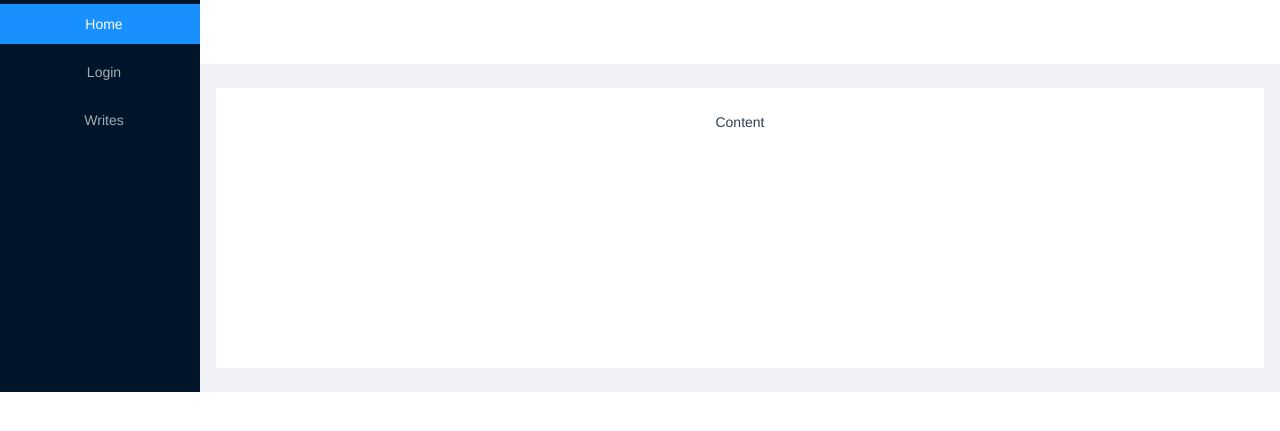
Repository: writesapp/mod
Page: /login
An editor plug-in stored every save of this project. The page is shown before and after the next save, followed by the edit.
The browser window is 1280 px wide. The pictures show the whole page.
The project was rebuilt for these pictures with package versions that can differ from the ones it lists, and the page was loaded fresh each time. Also part of the build but not shown: src/views/Home.vue, src/views/Writes.vue.

Above is the page before, as saved 2020-07-09 13:52:58.

### src/main.js
import Antd from 'ant-design-vue';
import Vue from 'vue';
import App from './App.vue';
import './registerServiceWorker';
import router from './router';
import store from './store';
import 'ant-design-vue/dist/antd.css';

Vue.config.productionTip = false;
Vue.use(Antd);

new Vue({
  router,
  store,
  render: (h) => h(App),
}).$mount('#app');

### src/App.vue
<template>
  <div id="app">
    <a-layout id="components-layout-demo-custom-trigger">
    <a-layout-sider v-model="collapsed" :trigger="null" collapsible>
      <div class="logo" />
      <a-menu theme="dark" mode="inline" :default-selected-keys="['1']">
        <a-menu-item key="1">
          <router-link to="/">Home</router-link>
        </a-menu-item>
        <a-menu-item key="2">
          <router-link to="/login">Login</router-link>
        </a-menu-item>
        <a-menu-item key="3">
          <router-link to="/writes">Writes</router-link>
        </a-menu-item>
      </a-menu>
    </a-layout-sider>
    <a-layout>
      <a-layout-header style="background: #fff; padding: 0">
        <a-icon
          class="trigger"
          :type="collapsed ? 'menu-unfold' : 'menu-fold'"
          @click="() => (collapsed = !collapsed)"
        />
      </a-layout-header>
      <a-layout-content
        :style="{ margin: '24px 16px', padding: '24px', background: '#fff', minHeight: '280px' }"
      >
        Content
      </a-layout-content>
    </a-layout>
  </a-layout>
  </div>
</template>

<script>
import { auth } from '@/initFirebase';
import store from '@/store';

export default {
  name: "App",
  mounted() {
    auth.onAuthStateChanged((user) => store.dispatch("fetchUser", user));
  },
};
</script>

<style lang="scss">
#app {
  font-family: Avenir, Helvetica, Arial, sans-serif;
  -webkit-font-smoothing: antialiased;
  -moz-osx-font-smoothing: grayscale;
  text-align: center;
  color: #2c3e50;
}
</style>

### src/router/index.js
import Vue from 'vue';
import VueRouter from 'vue-router';
import Home from '../views/Home.vue';
import Login from '../views/Login.vue';
import Writes from '../views/Writes.vue';

Vue.use(VueRouter);

const routes = [
  {
    path: '/',
    name: 'Home',
    component: Home,
  },
  {
    path: '/login',
    name: 'Login',
    // route level code-splitting
    // this generates a separate chunk (about.[hash].js) for this route
    // which is lazy-loaded when the route is visited.
    component: Login,
  },
  {
    path: '/writes',
    name: 'Writes',
    component: Writes,
  },
];

const router = new VueRouter({
  mode: 'history',
  base: process.env.BASE_URL,
  routes,
});

export default router;

### src/store/index.js
import Vue from 'vue';
import Vuex from 'vuex';

Vue.use(Vuex);

export default new Vuex.Store({
  state: {
    user: {
      loggedIn: false,
      data: null,
    },
  },
  mutations: {
    setLoggedState(state, value) {
      state.user.loggedIn = value;
    },
    setUser(state, data) {
      state.user.data = data;
    },
  },
  actions: {
    fetchUser({ commit }, user) {
      commit("setLoggedState", user !== null);
      if (user) {
        commit("setUser", {
          displayName: user.displayName,
          email: user.email,
        });
      } else {
        commit("setUser", null);
      }
    },
  },
});

### src/initFirebase.js
import firebase from 'firebase';

const configOptions = {
  apiKey: "AIzaSyBe23vGrWbbtK6cWQflEewoDvTBtKWQEBM",
  authDomain: "test-project-116cf.firebaseapp.com",
  databaseURL: "https://test-project-116cf.firebaseio.com",
  projectId: "test-project-116cf",
  storageBucket: "test-project-116cf.appspot.com",
  messagingSenderId: "507446435196",
  appId: "1:507446435196:web:8a13dc8c60ddcf65e058f9",
  measurementId: "G-H01LY21GK7",
};

firebase.initializeApp(configOptions);

export const auth = firebase.auth();
export const googleProvider = new firebase.auth.GoogleAuthProvider();

### src/views/Login.vue
<template>
  <div class="home">
    <div class="login">
      <h1>Login</h1>
      <SigninButton @click.native="login()"></SigninButton>
    </div>
  </div>
</template>

<script>
import { auth, googleProvider } from '@/initFirebase';
import SigninButton from '@/components/SigninButton.vue';
import store from '@/store';

export default {
  name: 'Login',
  components: {
    SigninButton,
  },
  mounted() {
    if (this.$store.state.user.loggedIn) this.$router.push('/');
  },
  methods: {
    login() {
      auth.signInWithPopup(googleProvider)
        .then((result) => {
          store.dispatch("fetchUser", result.user);
          this.$router.push('/');
        })
        .catch((err) => alert(`Something went wrong: ${err.message}`));
    },
  },
};
</script>

### src/components/SigninButton.vue
<template>
  <button>Sign In with Google</button>
</template>

<script>
export default {
  name: 'SigninButton',
};
</script>

<style lang="scss" scoped>
  button {
    border: 3px solid black;
    background: none;
    position: relative;
    padding: 13px;
    font-weight: bold;
    font-size: 1em;

    transition: color .3s ease-out;

    &::after {
      content: '';
      top: 0;
      left: 0;
      z-index: -1;
      position: absolute;
      width: 100%;
      height: 100%;
      background-color:darkorchid;

      transform: scaleX(0);
      transition: transform .3s ease-out;
    }

    &:hover {
      color: white;
      cursor: pointer;
    }

    &:hover::after {
      transform: scaleX(1);
    }
  }
</style>

Loaded but not shown: public/index.html (common file); src/registerServiceWorker.js (common file)

After the next save:
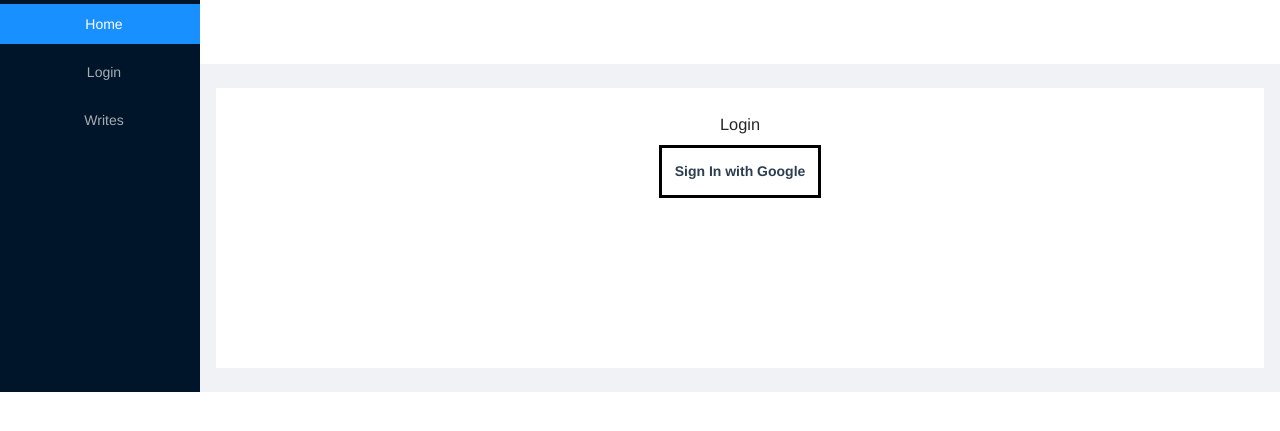
Saved 5 min 41 s later.
--- a/src/App.vue
+++ b/src/App.vue
@@ -26,7 +26,7 @@
       <a-layout-content
         :style="{ margin: '24px 16px', padding: '24px', background: '#fff', minHeight: '280px' }"
       >
-        Content
+        <router-view/>
       </a-layout-content>
     </a-layout>
   </a-layout>
